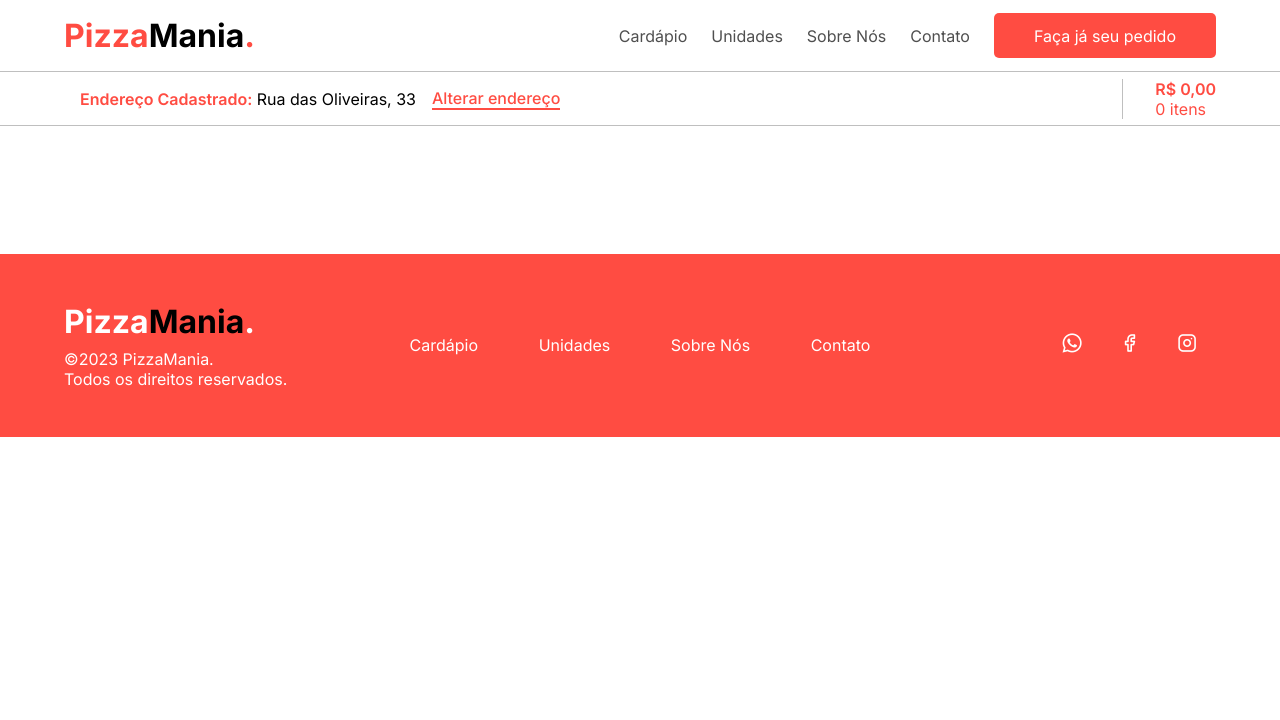
Repository: lucas-albuq/PizzaMania
Page: assets/pages/cardapio.html
These files come from the project's save history. The page is drawn as it stood at one moment and after a run of saves; the edit follows.
The browser window is 1280 px wide. The pictures show the whole page.
Some icons come from a web library that is not loaded, so they are not drawn. Some web libraries are served in a nearby version.

Above is the page before, as saved 2024-01-04 20:43:46.

After the next 4 saves:
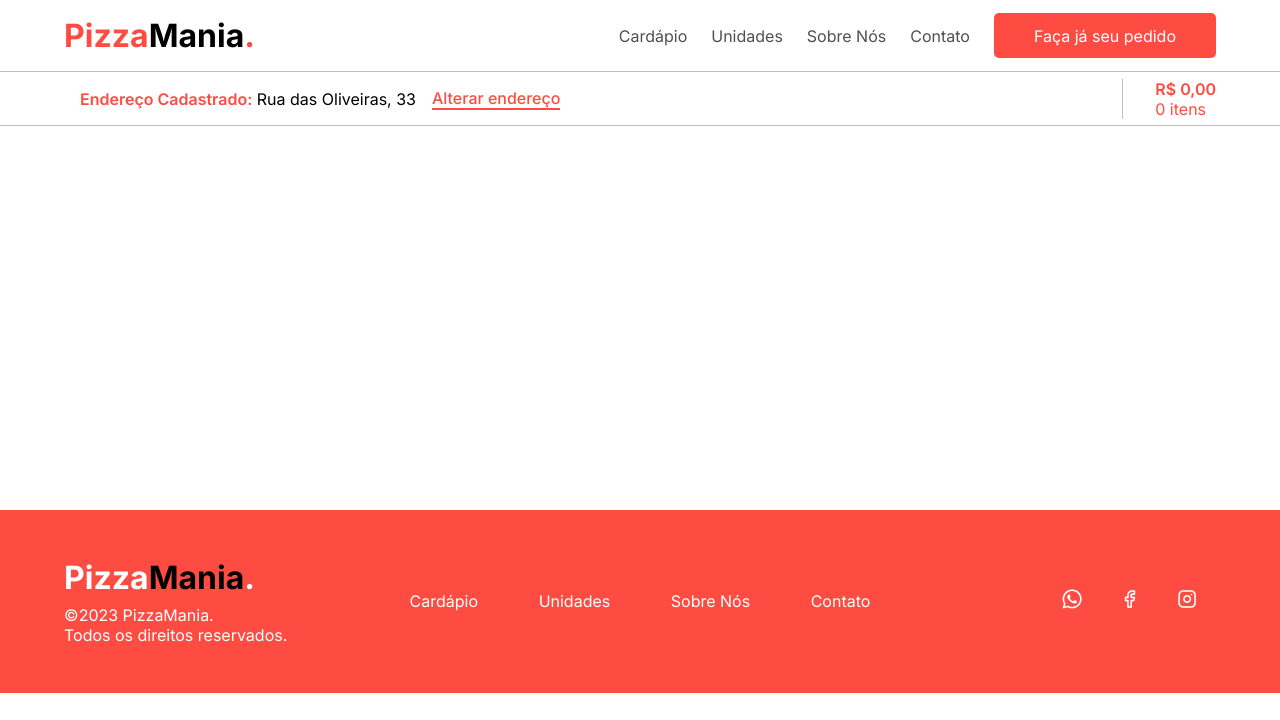
The 4 saves are shown as one change because they came seconds apart.
The last was saved 19 s later.
--- a/assets/pages/cardapio.html
+++ b/assets/pages/cardapio.html
@@ -11,7 +11,21 @@
 <body>
     <div id="header"></div>
     <main>
-
+        <div>
+            <h2></h2>
+        </div>
+        <div>
+            <h2></h2>
+        </div>
+        <div>
+            <h2></h2>
+        </div>
+        <div>
+            <h2></h2>
+        </div>
+        <div>
+            <h2></h2>
+        </div>
     </main>
     <div id="footer"></div>
     <script src="https://ajax.googleapis.com/ajax/libs/jquery/3.1.0/jquery.min.js"></script>
